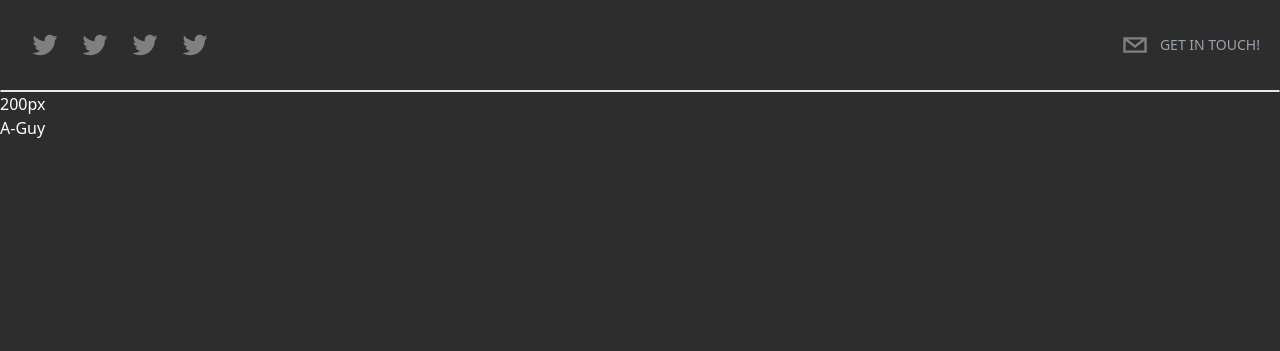
Repository: MikeeBuilds/newportfolio-2023
Page: /
An editor plug-in stored every save of this project. The page is shown before and after a run of saves, followed by the edit.
The browser window is 1280 px wide. The pictures show the whole page.
The project was rebuilt for these pictures with package versions that can differ from the ones it lists, and the page was loaded fresh each time. The framework's server and built-in components were replaced by stand-ins that run in the browser. Also part of the build but not shown: next.config.js.

Above is the page before, as saved 2023-02-26 19:49:14.

After the next 6 saves:
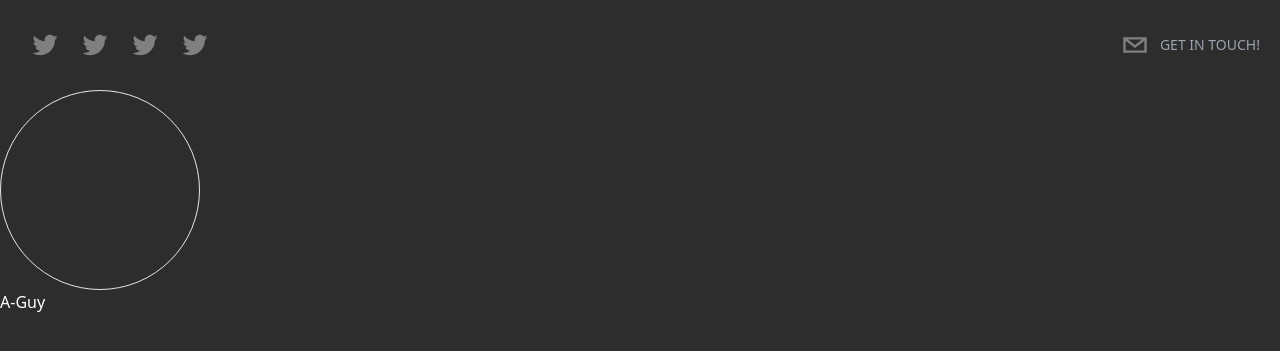
The 6 saves are shown as one change because they came seconds apart.
The last was saved 16 s later.
--- a/components/BackgroundCircles.tsx
+++ b/components/BackgroundCircles.tsx
@@ -8,8 +8,8 @@
 function BackgroundCircles({}: Props) {
     return (
         <div>
-            <div className='border border-[#333333 rounded-full h-[]]' />
-            <div />200px
+            <div className='border border-[#333333 rounded-full h-[200px] w-[200px]' />
+            <div />
             <div />
             <div />
             <div />
